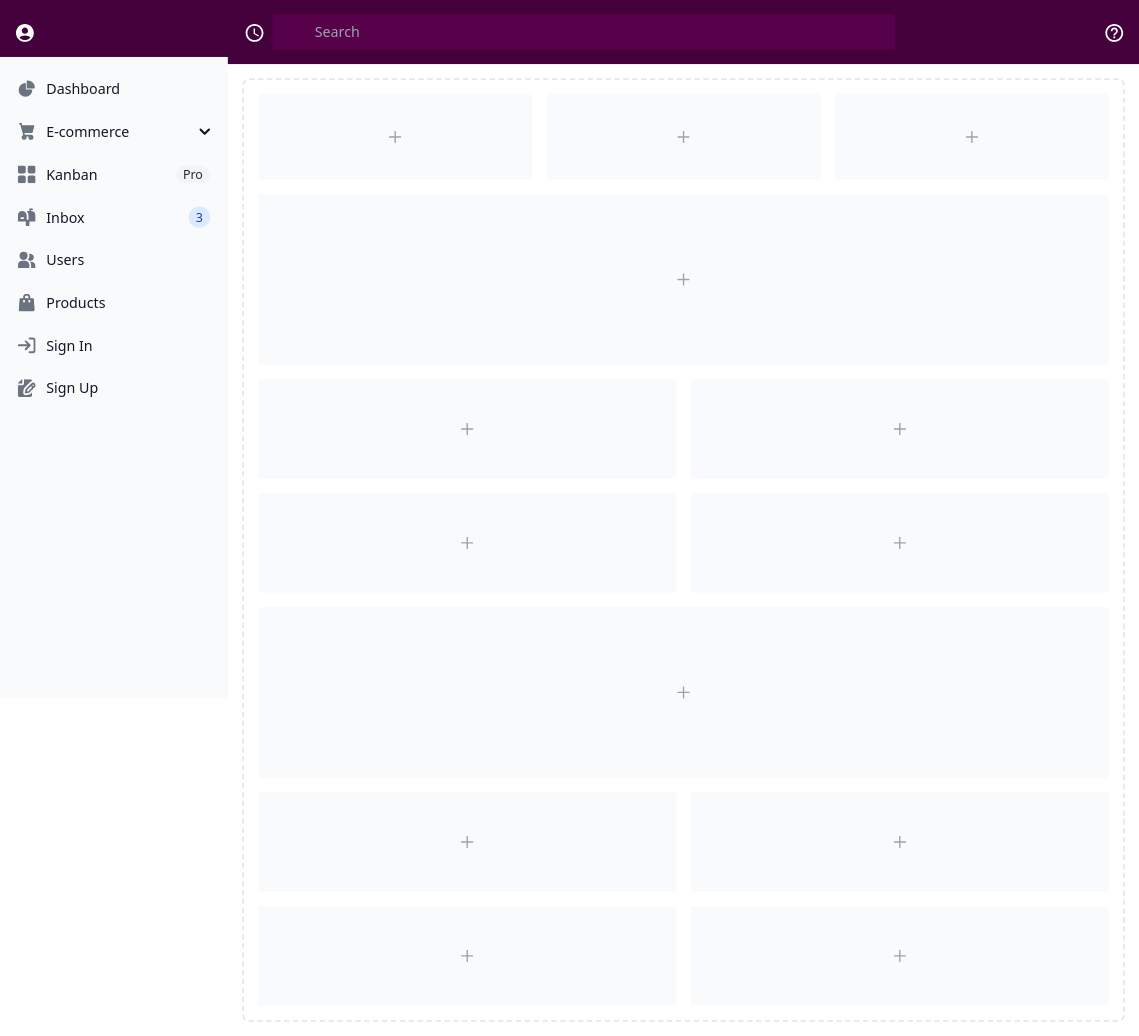
Repository: Shamraiz761/Slack_clone
Page: /
An editor plug-in stored every save of this project. The page is shown before and after the next save, followed by the edit.
The browser window is 1280 px wide. The pictures show the whole page, at 89% of full size.
The project was rebuilt for these pictures with package versions that can differ from the ones it lists, and the page was loaded fresh each time. Also part of the build but not shown: vite.config.js.

Above is the page before, as saved 2024-01-14 18:49:02.

After the next save:
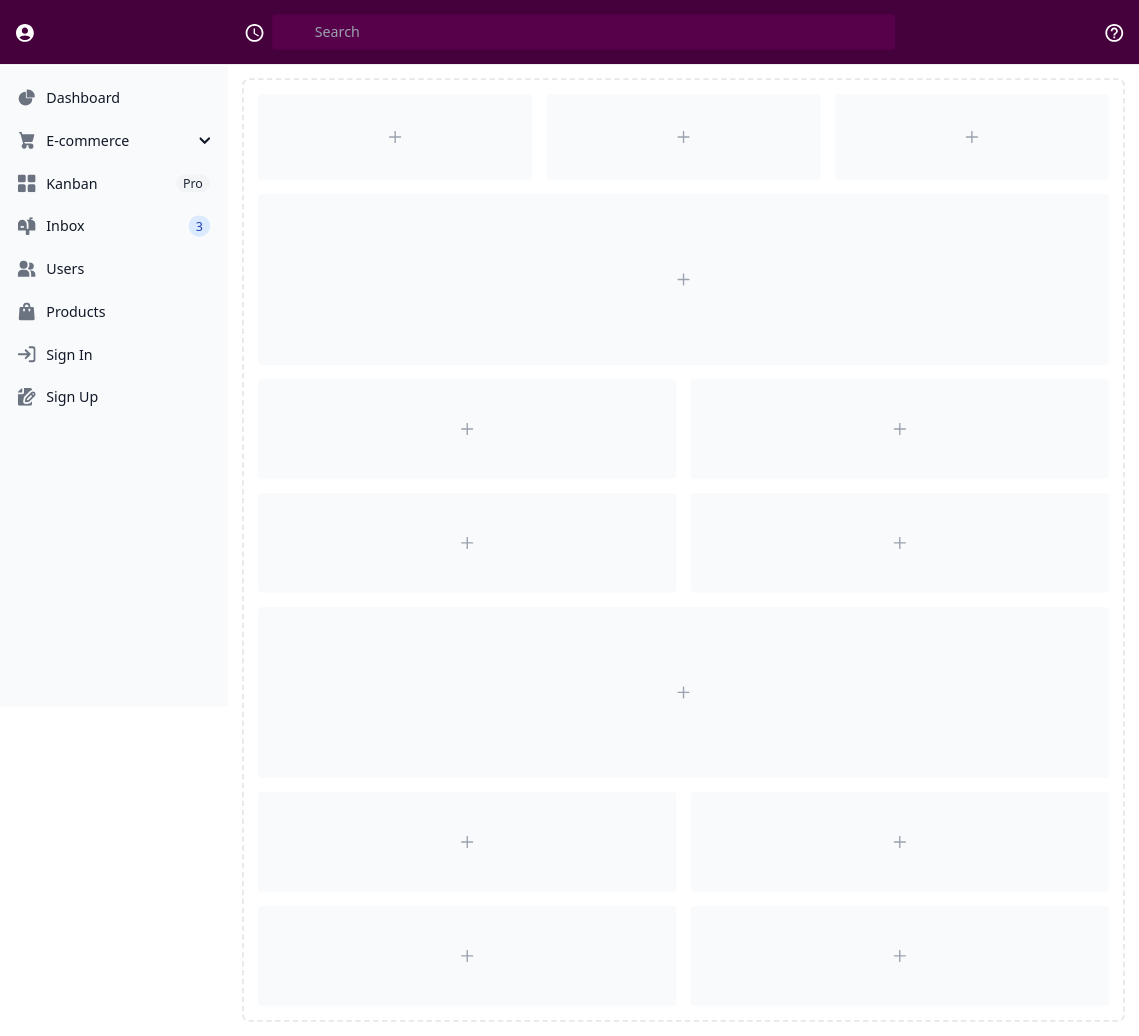
Saved 9 s later.
--- a/src/components/sidebar/Sidebar.jsx
+++ b/src/components/sidebar/Sidebar.jsx
@@ -28,7 +28,7 @@ function Sidebar() {
 
       <aside
         id="sidebar-multi-level-sidebar"
-        className="absolute top-full left-0 mt-[-1100px] w-64 h-screen transition-transform -translate-x-full sm:translate-x-0"
+        className="absolute top-full left-0 mt-[-1090px] w-64 h-screen transition-transform -translate-x-full sm:translate-x-0"
         aria-label="Sidebar"
       >
         <div className="h-full px-3 py-4 overflow-y-auto bg-gray-50 dark:bg-gray-800">
